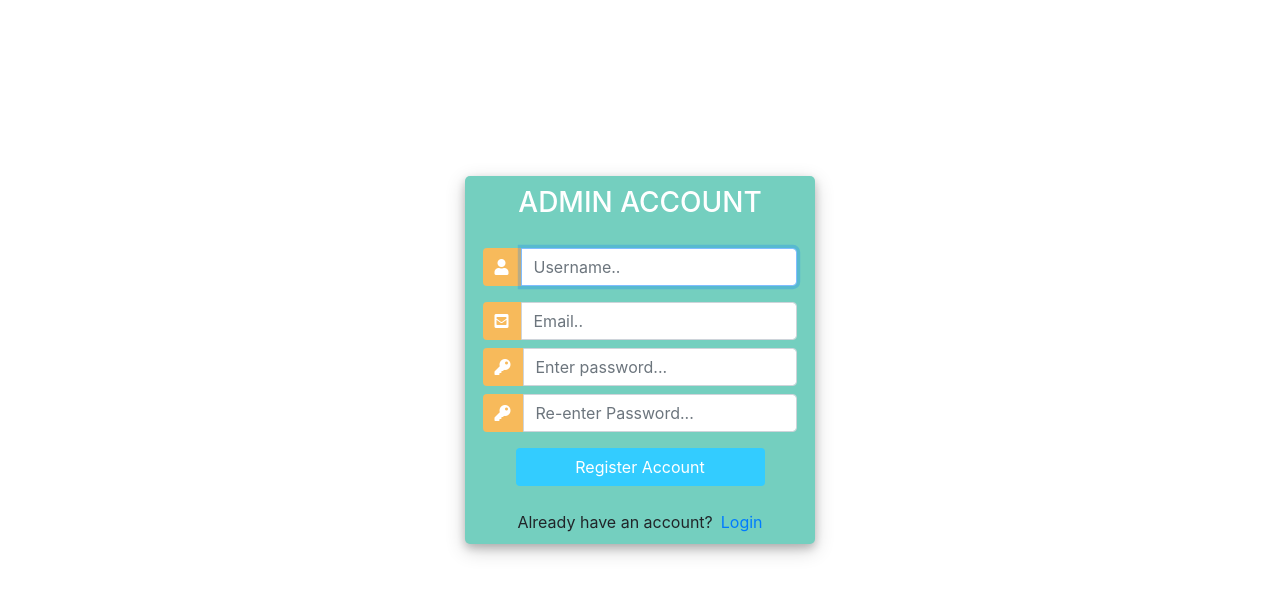
Repository: Abdaljawad-Aya/login-register-auth-validation-Django
Page: http://localhost/register/
An editor plug-in stored every save of this project. The page is shown before and after a run of saves, followed by the edit.
The browser window is 1280 px wide. The pictures show the whole page.
Some web libraries are served in a nearby version. The page is served by the project's application, run on Django 3.2 (project8/manage.py). Other server files are loaded and not shown.

Above is the page before, as saved 2021-03-11 22:21:10.

### project8/project8/templates/register.html
<!DOCTYPE html>
<html>

<head>
	<title>Login</title>
	<link rel="stylesheet" href="https://stackpath.bootstrapcdn.com/bootstrap/4.1.3/css/bootstrap.min.css" integrity="sha384-MCw98/SFnGE8fJT3GXwEOngsV7Zt27NXFoaoApmYm81iuXoPkFOJwJ8ERdknLPMO" crossorigin="anonymous">
	<script src="https://ajax.googleapis.com/ajax/libs/jquery/3.3.1/jquery.min.js"></script>
	<link rel="stylesheet" href="https://use.fontawesome.com/releases/v5.6.1/css/all.css" integrity="sha384-gfdkjb5BdAXd+lj+gudLWI+BXq4IuLW5IT+brZEZsLFm++aCMlF1V92rMkPaX4PP" crossorigin="anonymous">

	<style>
		body,
		html {
			margin: 0;
			padding: 0;
			height: 100%;
			background: white !important;
		}
		.user_card {
			width: 350px;
			margin-top: auto;
			margin-bottom: auto;
			background: #74cfbf;
			position: relative;
			display: flex;
			justify-content: center;
			flex-direction: column;
			padding: 10px;
			box-shadow: 0 4px 8px 0 rgba(0, 0, 0, 0.2), 0 6px 20px 0 rgba(0, 0, 0, 0.19);
			-webkit-box-shadow: 0 4px 8px 0 rgba(0, 0, 0, 0.2), 0 6px 20px 0 rgba(0, 0, 0, 0.19);
			-moz-box-shadow: 0 4px 8px 0 rgba(0, 0, 0, 0.2), 0 6px 20px 0 rgba(0, 0, 0, 0.19);
			border-radius: 5px;

		}

		.form_container {
			margin-top: 20px;
		}

		#form-title{
			color: #fff;
		}
		.login_btn {
			width: 100%;
			background: #33ccff !important;
			color: white !important;
		}
		.login_btn:focus {
			box-shadow: none !important;
			outline: 0px !important;
		}
		.login_container {
			padding: 0 2rem;
		}
		.input-group-text {
			background: #f7ba5b !important;
			color: white !important;
			border: 0 !important;
			border-radius: 0.25rem 0 0 0.25rem !important;
		}
		.input_user,
		.input_pass:focus {
			box-shadow: none !important;
			outline: 0px !important;
		}

	</style>

</head>
<body>
	<div class="container h-100">
		<div class="d-flex justify-content-center h-100">
			<div class="user_card">
				<div class="d-flex justify-content-center">
					<h3 id="form-title">ADMIN ACCOUNT</h3>
				</div>
				<div class="d-flex justify-content-center form_container">

					<form method="POST" action="">
            {% csrf_token %}

						<div class="input-group mb-3">
							<div class="input-group-append">
								<span class="input-group-text"><i class="fas fa-user"></i></span>
							</div>
							{{form.username}}
						</div>
						<div class="input-group mb-2">
							<div class="input-group-append">
								<span class="input-group-text"><i class="fas fa-envelope-square"></i></span>
							</div>
							  {{form.email}}

						</div>
						<div class="input-group mb-2">
							<div class="input-group-append">
								<span class="input-group-text"><i class="fas fa-key"></i></span>
							</div>
							  {{form.password1}}
						</div>
						<div class="input-group mb-2">
							<div class="input-group-append">
								<span class="input-group-text"><i class="fas fa-key"></i></span>
							</div>
							 {{form.password2}}
						</div>

				   		<div class="d-flex justify-content-center mt-3 login_container">
				 			<input class="btn login_btn" type="submit" value="Register Account">
				   		</div>
					</form>
				</div>

				<div class="mt-4">
					<div class="d-flex justify-content-center links">
						Already have an account? <a href="{% url 'login' %}" class="ml-2">Login</a>
					</div>
				</div>
			</div>
		</div>
	</div>
	<script>
						/* Because i didnt set placeholder values in forms.py they will be set here using vanilla Javascript
		//We start indexing at one because CSRF_token is considered and input field
		 */

		//Query All input fields
		var form_fields = document.getElementsByTagName('input')
		form_fields[1].placeholder='Username..';
		form_fields[2].placeholder='Email..';
		form_fields[3].placeholder='Enter password...';
		form_fields[4].placeholder='Re-enter Password...';


		for (var field in form_fields){
			form_fields[field].className += ' form-control'
		}
	</script>
</body>
</html>



{% comment %} <h1>register</h1>


<form method="POST" action>
  {% csrf_token %}
  {{form.username.label}}
  {{form.username}}

  {{form.email.label}}
  {{form.email}}

  {{form.password1.label}}
  {{form.password1}}

  {{form.password2.label}}
  {{form.password2}}
     <input type="submit" name="Create User">
</form> {% endcomment %}

### project8/project8/App/forms.py
from django.forms import ModelForm
from django.contrib.auth.forms import UserCreationForm
from django.contrib.auth.models import User
from django import forms

from .models import Data_Source



class OrderForm(ModelForm):
  class Meta:
          model  = Data_Source
          fields = '__all__'

class CreateUserForm(UserCreationForm):
    class Meta:
          model  = User
          fields = ['username','email','password1','password2']

### project8/project8/App/views.py
from django.shortcuts import render
from django.contrib.auth.forms import UserCreationForm


# Create your views here.
from .models import *
from .forms import OrderForm, CreateUserForm
from .filters import OrderFilters


def registerPage(request):
    form = CreateUserForm()

    if request.method == 'POST':
        form = CreateUserForm(request.POST)
        if form.is_valid():
              form.save()

    context ={'form':form}
    return render(request, '../templates/register.html', context)


def loginPage(request):
    context ={}
    return render(request, '../templates/login.html', context)

def index(request):
    return render(request , "index.html")

### project8/project8/project8/urls.py
"""project8 URL Configuration

The `urlpatterns` list routes URLs to views. For more information please see:
    https://docs.djangoproject.com/en/3.1/topics/http/urls/
Examples:
Function views
    1. Add an import:  from my_app import views
    2. Add a URL to urlpatterns:  path('', views.home, name='home')
Class-based views
    1. Add an import:  from other_app.views import Home
    2. Add a URL to urlpatterns:  path('', Home.as_view(), name='home')
Including another URLconf
    1. Import the include() function: from django.urls import include, path
    2. Add a URL to urlpatterns:  path('blog/', include('blog.urls'))
"""
from django.contrib import admin
from django.urls import path
from App import views

urlpatterns = [
    path('register/', views.registerPage, name="register"),
    path('login/', views.loginPage, name="login"),

    path('admin/', admin.site.urls),
    path('', views.index),
]

After the next 2 saves:
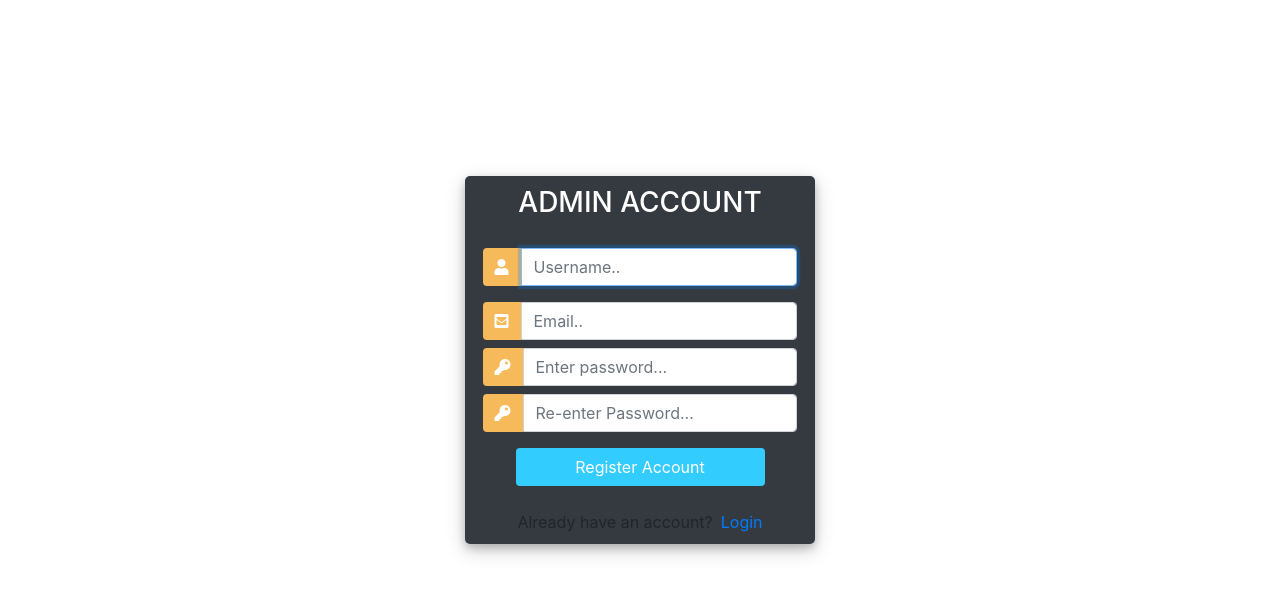
The 2 saves are shown as one change because they came seconds apart.
The last was saved 10 s later.
--- a/project8/project8/templates/register.html
+++ b/project8/project8/templates/register.html
@@ -19,7 +19,7 @@
 			width: 350px;
 			margin-top: auto;
 			margin-bottom: auto;
-			background: #74cfbf;
+			background: #353a40;
 			position: relative;
 			display: flex;
 			justify-content: center;
